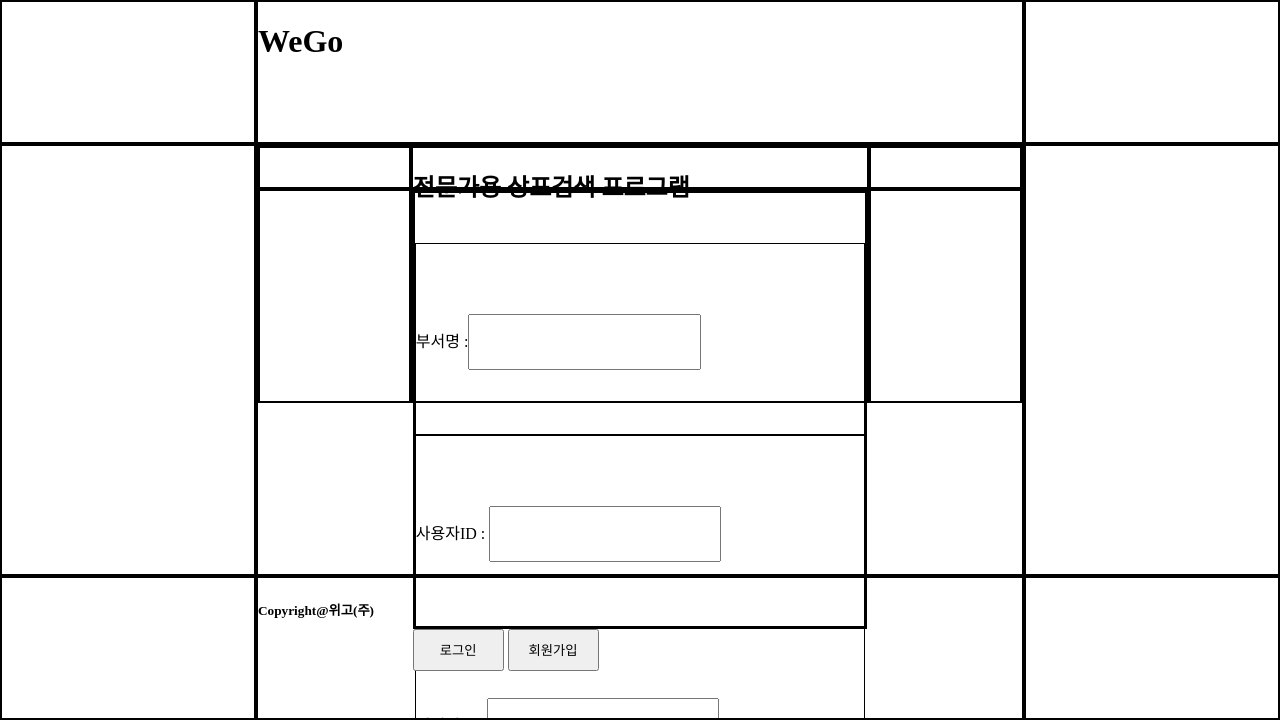
Repository: hamuse/wego1
Page: http://localhost/teamW1/facade.do
An editor plug-in stored every save of this project. The page is shown before and after the next save, followed by the edit.
The browser window is 1280 px wide. The pictures show the whole page.
Some web libraries are served in a nearby version. The page is served by Tomcat 9. Other server files are loaded and not shown.

Above is the page before, as saved 2019-10-07 10:59:49.

### teamW1/WebContent/WEB-INF/views/facade/main.jsp
<%@ page language="java" contentType="text/html; charset=UTF-8"
   pageEncoding="UTF-8"%>
<%@ taglib prefix="c" uri="http://java.sun.com/jsp/jstl/core" %>
<jsp:include page="../common/head.jsp"/>
<div class="container">
<div></div><div><h2>전문가용 상표검색 프로그램</h2></div><div></div>
<div></div>

<div class="content">
<c:choose>
    <c:when test="${page eq 'login'}">
    <jsp:include page="login.jsp"/>
    </c:when>
    <c:when test="${page eq 'join'}">
    <jsp:include page="join.jsp"/>
    </c:when>
</c:choose>
</div>
<div></div>
</div>
<jsp:include page="../common/foot.jsp"/>

### teamW1/WebContent/WEB-INF/views/common/head.jsp
<%@ page language="java" contentType="text/html; charset=UTF-8"
    pageEncoding="UTF-8"%>
<!doctype html>
<html lang="en">
<head>
	<meta charset="UTF-8" />
	<title>Document</title>
	<script src='http://ajax.googleapis.com/ajax/libs/jquery/1.11.3/jquery.min.js'></script>
	<script src="${js}/app.js"></script>
	<link rel="stylesheet" type="text/css" href="${css}/style.css"></link>
</head>
<body>
<div class="wrapper" style="width: 100%; height:100%">
<div></div><div><h1>WeGo</h1></div><div></div>
<div></div>

### teamW1/WebContent/WEB-INF/views/facade/login.jsp
<%@ page language="java" contentType="text/html; charset=UTF-8"
   pageEncoding="UTF-8"%>
<form id="login_form">
<div id="login_tab">
    <div id="login_tab_item_1">
  부서명 :<input id="d_Name" class="input_text" type="text" name="dName"/>
    </div>
    <div id="login_tab_item_2">
    사용자ID : <input id="userName" class="input_text" type="text" name="empNo"/>
    </div>
    <div id="login_tab_item_3">
    비밀번호 : <input id="userPw" class="input_text" type="text" name="eName"/>
    </div>
</div>
    <input type="hidden" name="action" value="login" />
    <input type="hidden" name="page" value="mypage" />
    <input id="login_btn" type="button" value="로그인"/>
    <input id="join_btn" type="button" value="회원가입"/>
</form>
<script>
/*$('#login_btn').click(function(){
    alert('쫌!!!!떠라!!!!');
}); */
app.init('${ctx}');
</script>

### teamW1/WebContent/WEB-INF/views/common/foot.jsp
<%@ page language="java" contentType="text/html; charset=UTF-8"
    pageEncoding="UTF-8"%>

<div></div><div></div><div><h5>Copyright@위고(주)</h5></div>
<div></div>

</body>
</html>

### teamW1/src/com/web/team1/controllers/FacadeController.java
package com.web.team1.controllers;

import java.io.IOException;
import javax.servlet.ServletException;
import javax.servlet.annotation.WebServlet;
import javax.servlet.http.HttpServlet;
import javax.servlet.http.HttpServletRequest;
import javax.servlet.http.HttpServletResponse;

import com.web.team1.pool.Constants;

@WebServlet("/facade.do")
public class FacadeController extends HttpServlet {
	private static final long serialVersionUID = 1L;

	enum Resources {
		CTX, CSS, JS, IMG
	}
	protected void service(HttpServletRequest request, HttpServletResponse response) throws ServletException, IOException {
		for(Resources r : Resources.values()) {
			System.out.println("퍼사드>>>>>"+r.toString().toLowerCase());
//			    request.getSession().setAttribute(r.toString().toLowerCase(), request.getContextPath()+"/resources/"+r.toString().toLowerCase());
			    request.getSession().setAttribute(r.toString().toLowerCase(), request.getContextPath()+((r.toString().toLowerCase().equals("ctx"))
			    		?"" : "/resources/"+r.toString().toLowerCase()));
		}
		if(request.getParameter("page")==(null)) {
		request.setAttribute("page","login");
	}else {
		request.setAttribute("page", request.getParameter("page"));
		}
	request.getRequestDispatcher(
				String.format(Constants.DOUBLE_PATH,
						request.getServletPath().substring(1,request.getServletPath().indexOf(".")),
						"main"))
		.forward(request,response);
//		System.out.println("야 퍼사드로 들어오냥?");
//		 request
//		  .getRequestDispatcher(
//				  String.format(Constants.DOUBLE_PATH,request.getServletPath().substring(1,request.getServletPath().indexOf(".")),
//						  "login"))
//		  .forward(request, response);

	}
}

### teamW1/WebContent/resources/js/app.js
var app= (()=>{
    return{
        init : (ctx)=>{
            $('#login_btn').click(()=>{
                alert('로그인!!!!!!');
                location.assign(ctx+'/login.do?action=login&page=mypage');
            });
            $('#join_btn').click(()=>{
                alert('회원가입 이동');
                location.assign(ctx+'/facade.do?action=move&page=join');
            });
            btn.login2(ctx);
            btnjoin.joinbtn(ctx);
        }

    };
})();
var member = (()=>{
    var _dName,_deptNo,_eName,_empNo,_dName,_job,_mgr,_hireDate,_comm;
    var setEmpNo = (empNo)=>{this._empNo = empNo;}
    var setEName = (eName)=>{this._eName = eName;}
    var setDName = (dName)=>{this._dName = dName;}
    var getEmpNo = ()=>{return this._setEmpNo;}
    var getEName = ()=>{return this._setEName;}
    var getDName = ()=>{return this._setDName;}
    return{
        setEmpNo : setEmpNo,setEName : setEName,setDName : setDName,
        getEmpNo : getEmpNo,getEName : getEName,getDName : getDName
    };
})();
var btn= (()=>{
	return{
		 login2 : (ctx)=>{
			   $('#login_btn').click(()=>{
	            	if($('#d_Name').val()===''||$('#empNo').val()===''||
	            			$('#eName').val()===''){
	            		alert('필수값이 없습니다')}
	            		else{
	            			alert('입력한 아이디 값: '+$('#empNo').val());
	            			$('#login_form')
	            			$('#login_form').attr('action', ctx+'/login.do');
	            			$('#login_form').attr('method','POST');
	            			$('#login_form').submit();
	            		}
	            });
		 }
	};
})();

var btnjoin=(()=>{
	return{
		joinbtn : (ctx)=>{
			$('#join_btn1').click(()=>{
				alert('회원가입!!!됐냐?!!!');
				$('#join_form').attr('action',ctx+'/login.do');
				$('#join_form').submit();

			});
		}
	};
})();

### teamW1/WebContent/resources/css/style.css
@charset "UTF-8";
html, body{
	margin: 0;
	height: 100%;
	overflow: hidden;
}
.wrapper{
	display: grid;
	width: 100%
	height: 100%;
	grid-template-columns: 20% 60% 20%;
	grid-template-rows: 20% 60% 20%;
}
.wrapper div{
	border: 2px solid black;
}
.container{
	display: grid;
	width: 100%
	height: 100%;
	grid-template-columns: 20% 60% 20%;
	grid-template-rows: 10% 50% 10%;
}
.container div{
	border : 2px solid black;
}
#login_tab{
	display: grid;
	width: 100%
	height: 80%
	grid-template-columns: 50% 50%;
	grid-template-rows: 50% 50%;
	margin: 0 auto;
	padding-top: 50px;
}
#join_form{width: 100%; height: 100%}
#login_form{width: 100%; height: 100%}
#login_tab div{border : 1px solid black;}
#login_tab_item_1{grid-column: 1/5;}
#login_tab_item_2{grid-column: 1/5;}
#login_tab_item_3{grid-column: 1/5;}
#login_btn{width: 20%; height: 20%}
#join_btn{width: 20%; height: 20%}
.input_text{width: 50%; height: 50px; margin-top: 70px}

After the next save:
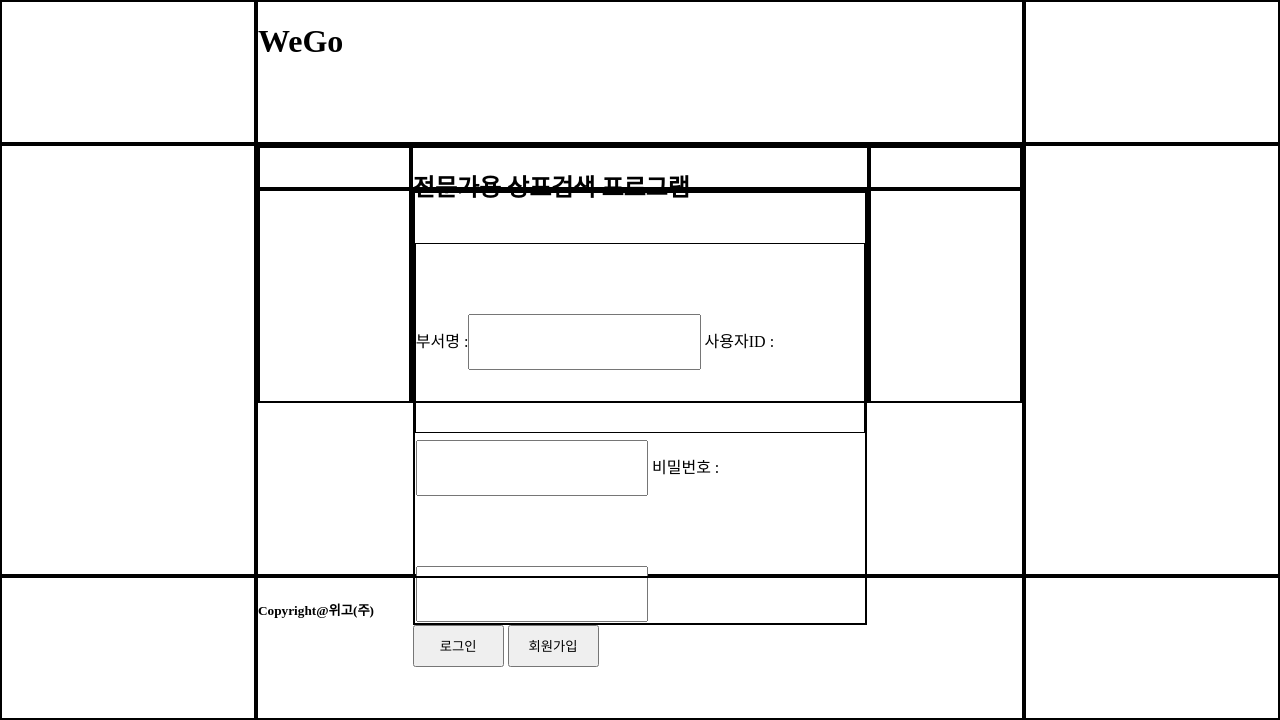
Saved 65 s later.
--- a/teamW1/WebContent/WEB-INF/views/facade/login.jsp
+++ b/teamW1/WebContent/WEB-INF/views/facade/login.jsp
@@ -2,13 +2,13 @@
    pageEncoding="UTF-8"%>
 <form id="login_form">
 <div id="login_tab">
-    <div id="login_tab_item_1">
+    <div class="login_tab_item_1">
   부서명 :<input id="d_Name" class="input_text" type="text" name="dName"/>
-    </div>
-    <div id="login_tab_item_2">
+
+
     사용자ID : <input id="userName" class="input_text" type="text" name="empNo"/>
-    </div>
-    <div id="login_tab_item_3">
+
+
     비밀번호 : <input id="userPw" class="input_text" type="text" name="eName"/>
     </div>
 </div>
